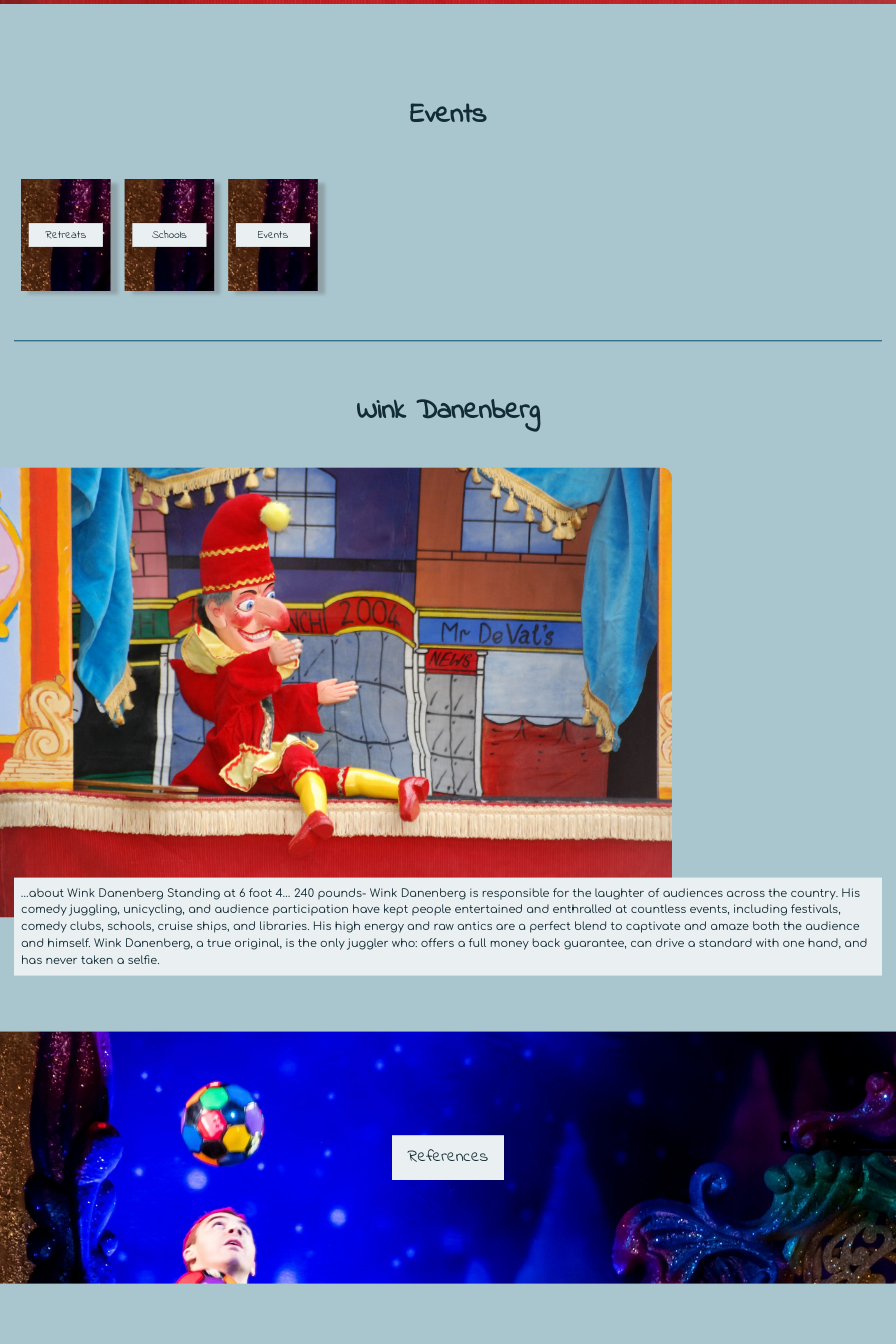
Repository: Sbethm/wink
Page: index.html
The author's editor kept a copy of each file at every save. The page is drawn from the files as they stood at one save, then again after a run of saves.
The browser window is 1280 px wide. The pictures show the part of the page from y = 714 to 2634 px (the page is 5484 px tall before and 5500 px after), at 70% of full size.
The style sheet was rebuilt from its Sass, Less or Tailwind sources for each picture, by a compiler version that may differ from the author's.

Above is the page before, as saved 2021-08-31 13:00:59.

After the next 2 saves:
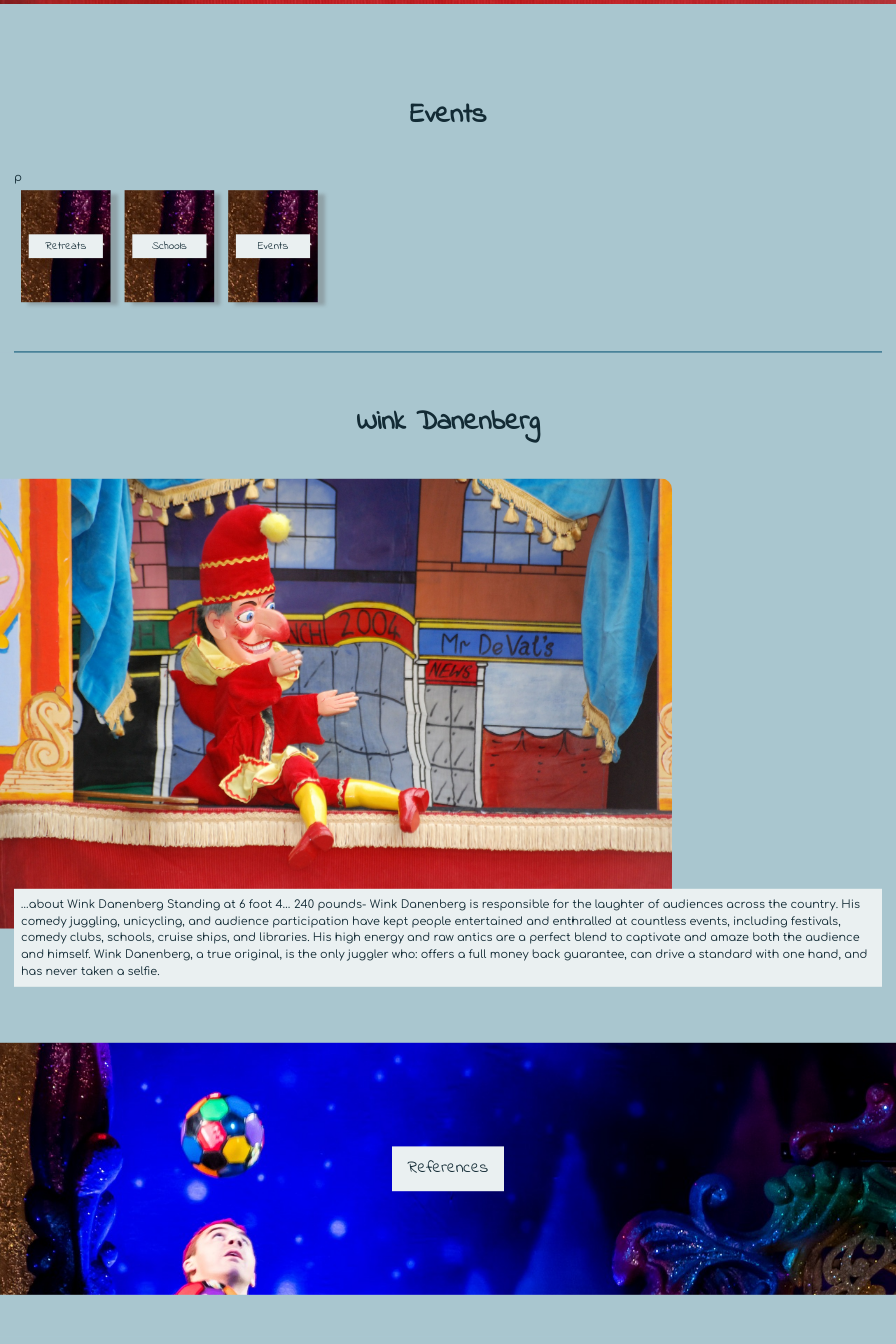
The 2 saves are shown as one change because they came seconds apart.
The last was saved 31 s later.
--- a/index.html
+++ b/index.html
@@ -41,6 +41,7 @@
         <section class="event">
             <div class="container container--event">
                 <h2 class="heading--center">Events</h2>
+                p
                 <div class="event--slideshow">
                     <!--each div is set on a swipe slide-->
                     <a href=""><div class="event--retreats event--slide">

After the 3 saves that followed:
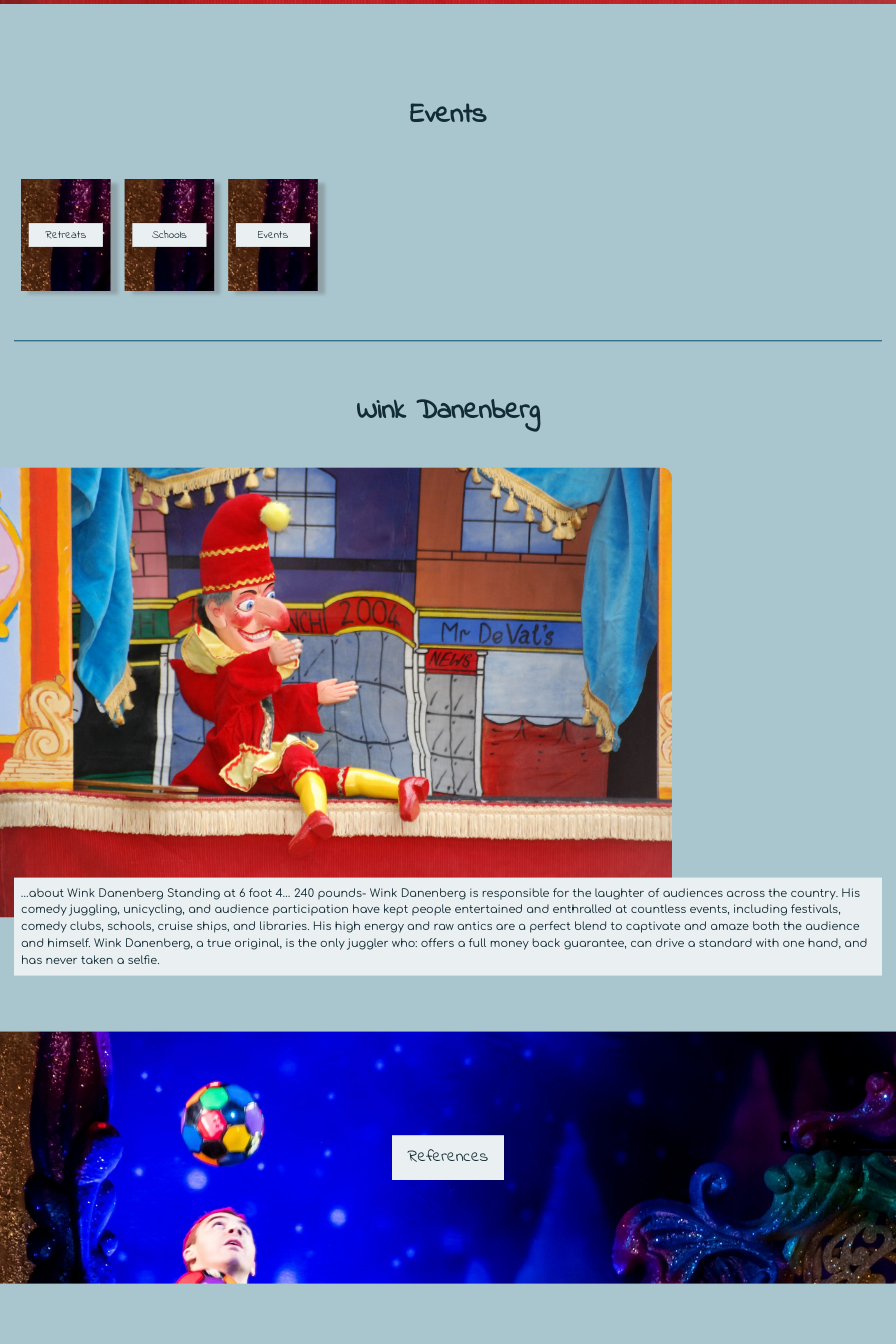
The 3 saves are shown as one change because 1 left the picture as it was and some came seconds apart.
The last was saved 11 s later.
--- a/index.html
+++ b/index.html
@@ -41,7 +41,7 @@
         <section class="event">
             <div class="container container--event">
                 <h2 class="heading--center">Events</h2>
-                p
+                <p></p>
                 <div class="event--slideshow">
                     <!--each div is set on a swipe slide-->
                     <a href=""><div class="event--retreats event--slide">
